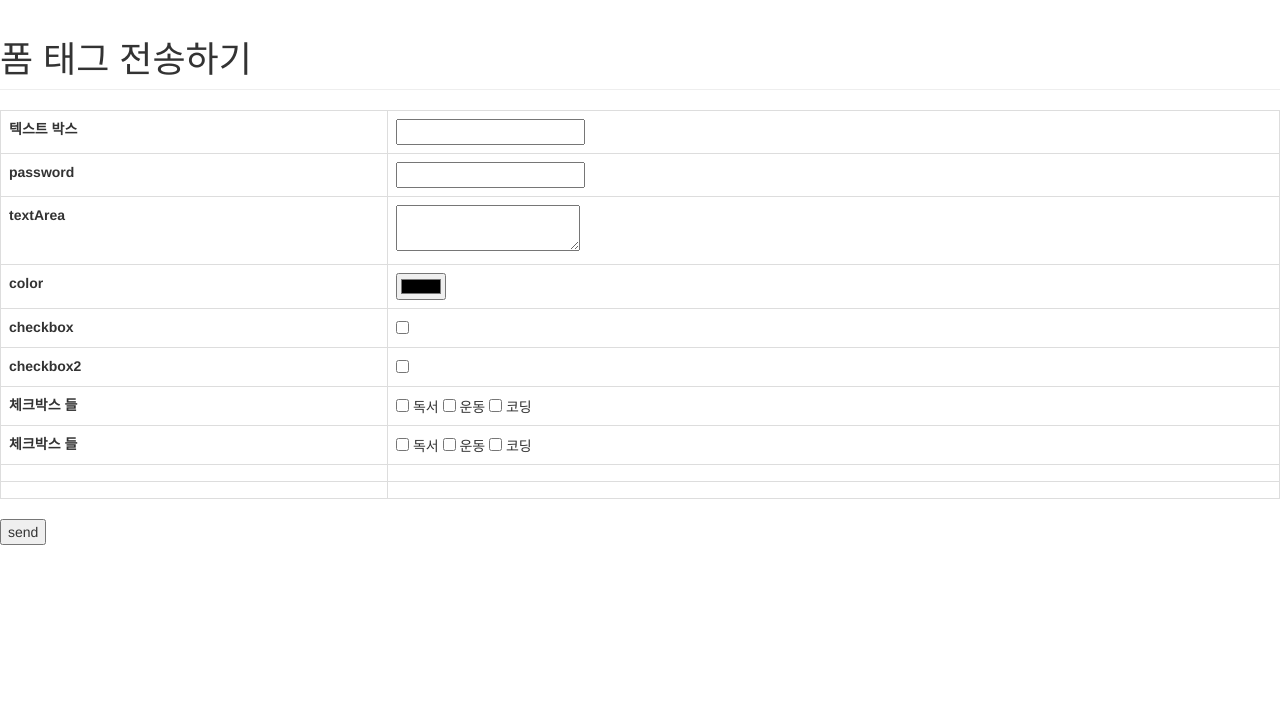
Repository: Hwang-97/HhwDesktop
Page: http://localhost/jspTest/ex04.jsp
These files come from the project's save history. The page is drawn as it stood at one moment and after the next save; the edit follows.
The browser window is 1280 px wide. The pictures show the whole page.
The page is served by Tomcat 9.

Above is the page before, as saved 2022-01-06 05:40:50.

After the next save:
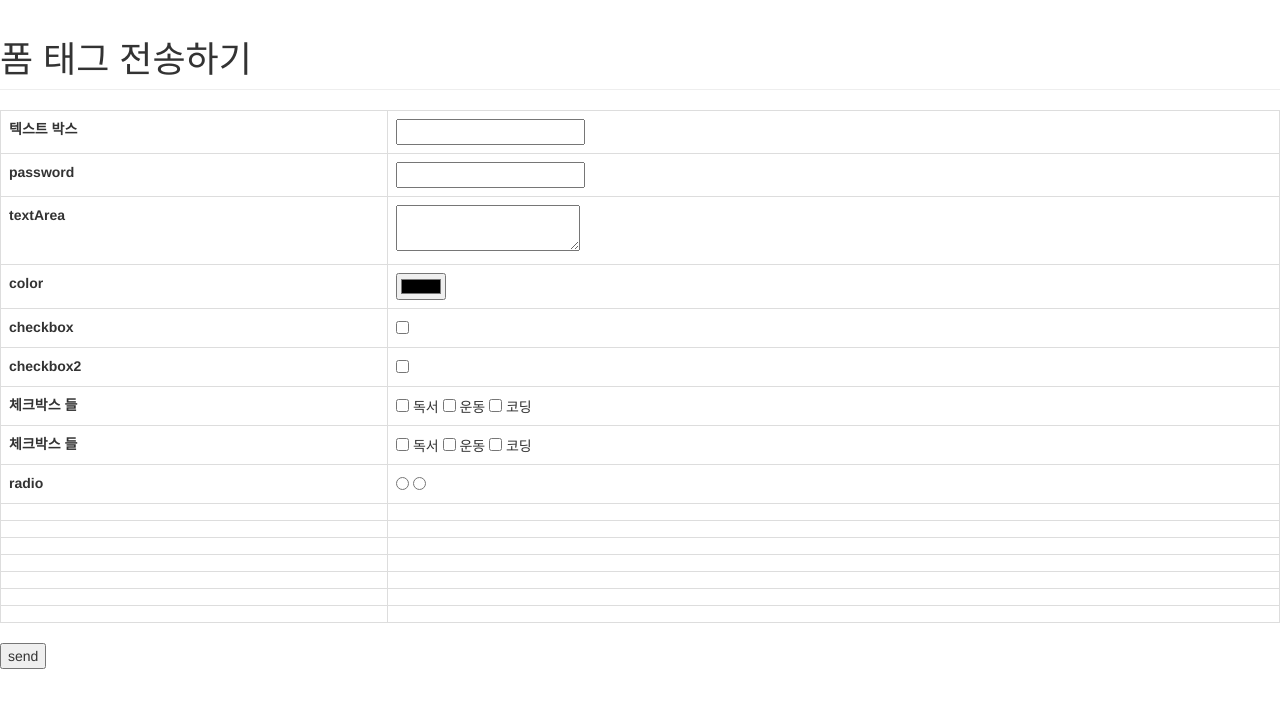
Saved 2 min 22 s later.
--- a/server/jspTest/src/main/webapp/ex04.jsp
+++ b/server/jspTest/src/main/webapp/ex04.jsp
@@ -57,6 +57,33 @@
 					</td>
 				</tr>
 				<tr>
+					<th>radio</th>
+					<td>
+						<input type="radio" value="m" name="rd">
+						<input type="radio" value="f" name="rd">
+					</td>
+				</tr>
+				<tr>
+					<th></th>
+					<td></td>
+				</tr>
+				<tr>
+					<th></th>
+					<td></td>
+				</tr>
+				<tr>
+					<th></th>
+					<td></td>
+				</tr>
+				<tr>
+					<th></th>
+					<td></td>
+				</tr>
+				<tr>
+					<th></th>
+					<td></td>
+				</tr>
+				<tr>
 					<th></th>
 					<td></td>
 				</tr>
